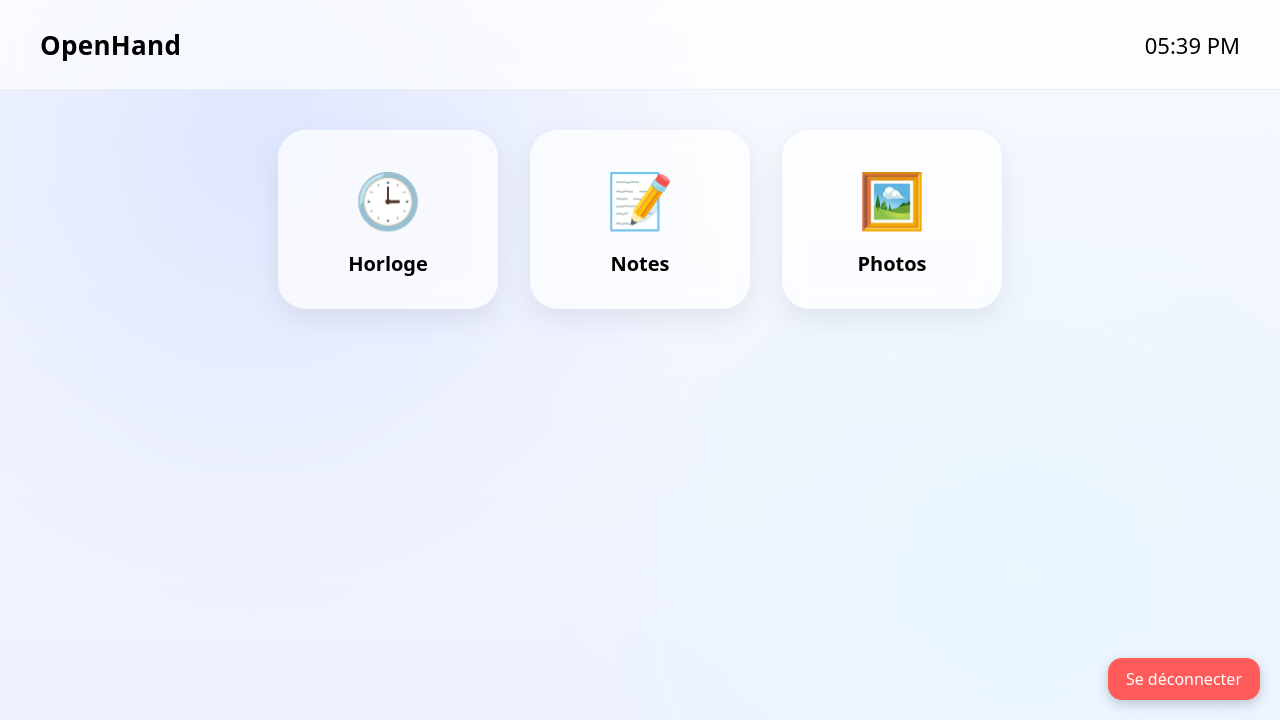
Repository: nlagardere/OpenHand
Page: index.html
These files come from the project's save history. The page is drawn as it stood at one moment and after a run of saves; the edit follows.
The browser window is 1280 px wide. The pictures show the whole page.

Above is the page before, as saved 2026-01-30 21:34:41.

### index.html
<!DOCTYPE html>
<html lang="fr">
<head>
<meta charset="UTF-8">
<title>OpenHand OS</title>
<link rel="stylesheet" href="style.css">
</head>

<body>

<div id="topbar">
  <div class="logo">OpenHand</div>
  <div id="clock"></div>
</div>

<div id="desktop"></div>

<div id="appWindow">
  <button id="backBtn" onclick="closeApp()">← Retour</button>
  <iframe id="appFrame"></iframe>
</div>

<!-- Place le bouton en haut à droite du launcher ou dans le header -->
<button id="shutdownbtn">Se déconnecter</button>

<script>
// Pour l'instant, juste une action web-safe
const logoutBtn = document.getElementById('shutdownbtn');
shutdownbtn.addEventListener('click', () => {
    alert("Ordinateur éteint ! ✅");
    // Ici tu peux revenir au launcher ou réinitialiser le DOM
    // Exemple : fermer toutes les apps ouvertes
    document.querySelectorAll('iframe').forEach(f => f.remove());
});
</script>

<style>
#shutdownbtn {
    position: fixed;
    bottom: 20px;
    right: 20px;
    padding: 10px 18px;
    font-size: 16px;
    border-radius: 14px;
    border: none;
    cursor: pointer;
    background-color: #ff5b5b;
    color: white;
    box-shadow: 0 4px 12px rgba(0,0,0,.2);
    transition: transform 0.15s ease;
}
#shutdownbtn:active {
    transform: scale(0.95);
}
</style>


<script src="main.js"></script>
</body>
</html>

### style.css
* {
  box-sizing:border-box;
  font-family: system-ui, -apple-system, sans-serif;
}

body {
  margin:0;
  height:100vh;
  background:
    radial-gradient(circle at 20% 20%, #dfe7ff, transparent 40%),
    radial-gradient(circle at 80% 80%, #e9f7ff, transparent 40%),
    linear-gradient(180deg,#f7f9ff,#eef2ff);
}

/* Top bar */

#topbar {
  height:90px;
  padding:0 40px;
  display:flex;
  align-items:center;
  justify-content:space-between;

  background:rgba(255,255,255,.65);
  backdrop-filter: blur(14px);
  border-bottom:1px solid rgba(0,0,0,.05);
}

.logo {
  font-size:26px;
  font-weight:700;
  letter-spacing:.3px;
}

#clock {
  font-size:22px;
  font-weight:500;
}

/* Desktop grid */

#desktop {
  padding:40px;
  display:grid;
  grid-template-columns:repeat(auto-fit, minmax(180px, 220px));
  gap:32px;
  justify-content:center;

  animation: desktopIn .6s ease;
}

@keyframes desktopIn {
  from {opacity:0; transform:translateY(30px);}
  to {opacity:1; transform:none;}
}

/* App cards */

.card {
  background:rgba(255,255,255,.7);
  backdrop-filter: blur(12px);
  border-radius:28px;

  padding:32px 20px;
  text-align:center;
  cursor:pointer;

  box-shadow:
    0 10px 30px rgba(0,0,0,.08),
    inset 0 1px 0 rgba(255,255,255,.6);

  transition:
    transform .25s cubic-bezier(.2,.8,.2,1),
    box-shadow .25s,
    background .25s;
}

.card:hover {
  transform:translateY(-10px) scale(1.05);
  box-shadow:0 20px 50px rgba(0,0,0,.12);
  background:rgba(255,255,255,.9);
}

.icon {
  font-size:54px;
  margin-bottom:14px;
}

.name {
  font-size:20px;
  font-weight:600;
}

/* App window plein écran */

#appWindow {
  position:fixed;
  inset:0;
  background:white;
  display:none;
  flex-direction:column;
  z-index:999;

  animation: appOpen .4s cubic-bezier(.2,.9,.2,1);
}

@keyframes appOpen {
  from {
    opacity:0;
    transform:scale(.96);
    filter:blur(8px);
  }
  to {
    opacity:1;
    transform:scale(1);
    filter:blur(0);
  }
}

#backBtn {
  margin:20px;
  padding:16px 28px;
  font-size:20px;
  border:none;
  border-radius:16px;
  background:#5b7cff;
  color:white;
  cursor:pointer;
}

#backBtn:active {
  transform:scale(.96);
}

iframe {
  flex:1;
  border:none;
}

### main.js
const apps = [
  { name:"Horloge", icon:"🕒", url:"apps/clock/clock.html" },
  { name:"Notes", icon:"📝", url:"apps/notes/notes.html" },
  { name:"Photos", icon:"🖼️", url:"apps/photos/photos.html" }
];

const desktop = document.getElementById("desktop");

apps.forEach(app => {
  const div = document.createElement("div");
  div.className = "card";

  div.innerHTML = `
    <div class="icon">${app.icon}</div>
    <div class="name">${app.name}</div>
  `;

  div.onclick = () => openApp(app.url);
  desktop.appendChild(div);
});

/* Horloge topbar */

function tick(){
  clock.textContent =
    new Date().toLocaleTimeString([], {hour:'2-digit',minute:'2-digit'});
}
setInterval(tick,1000);
tick();

/* App window */

function openApp(url){
  appFrame.src = url;
  appWindow.style.display = "flex";
}

function closeApp(){
  appWindow.style.display = "none";
}

After the next 3 saves:
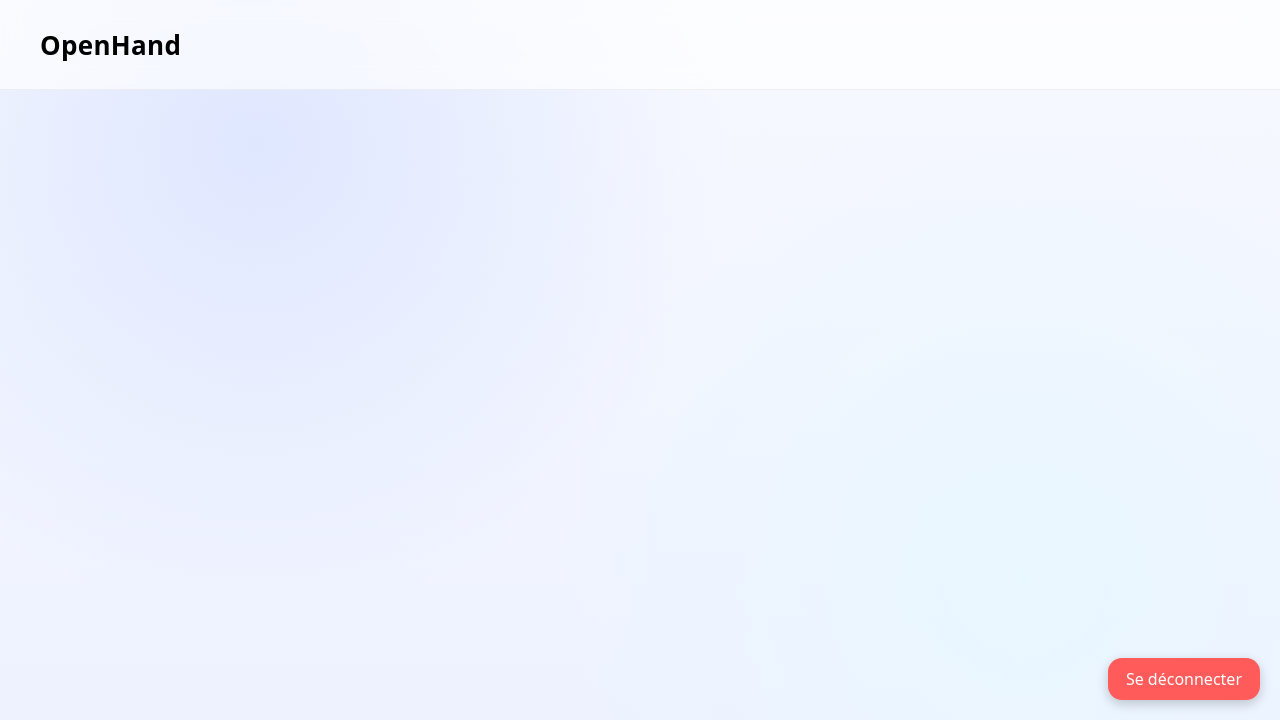
Console error: SyntaxError: Unexpected token '{'
The 3 saves are shown as one change because they came seconds apart.
The last was saved 9 s later.
--- a/main.js
+++ b/main.js
@@ -2,6 +2,7 @@
   { name:"Horloge", icon:"🕒", url:"apps/clock/clock.html" },
   { name:"Notes", icon:"📝", url:"apps/notes/notes.html" },
   { name:"Photos", icon:"🖼️", url:"apps/photos/photos.html" }
+  { name:"Calculatrice", icon:"🧮", url:"apps/calculator/calculator.html" }
 ];
 
 const desktop = document.getElementById("desktop");

After the 3 saves that followed:
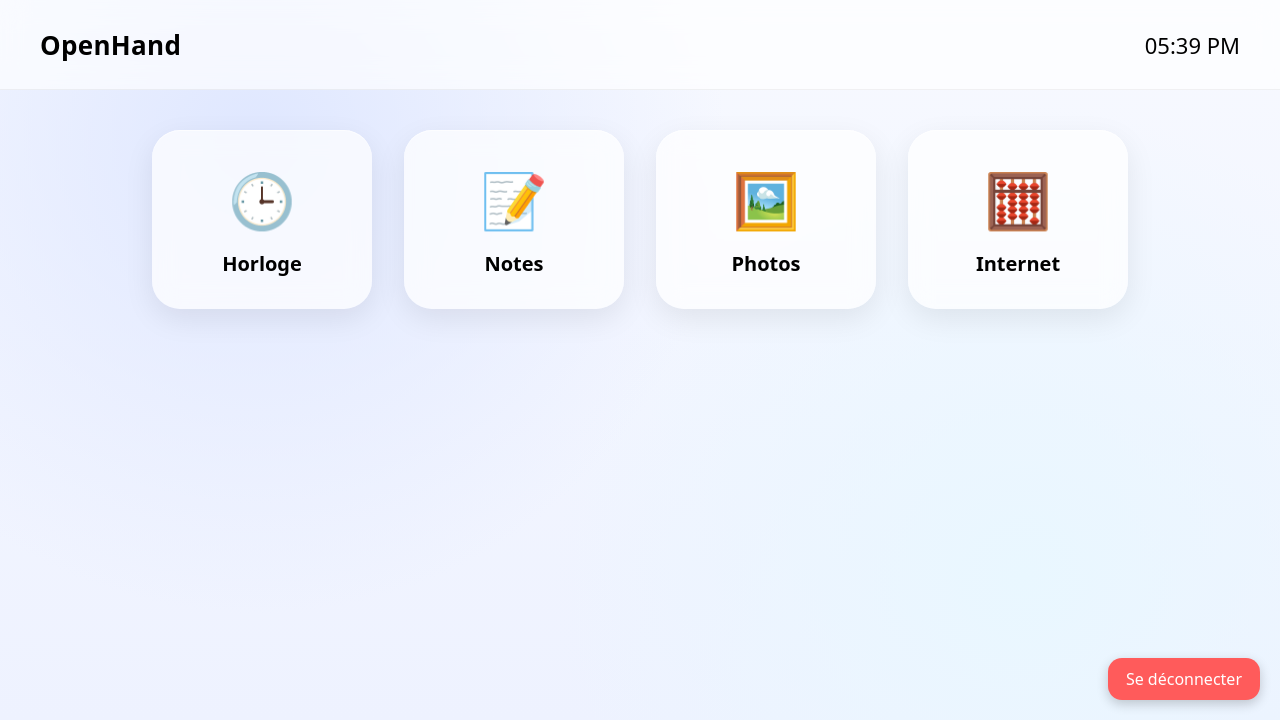
The error is gone.
The 3 saves are shown as one change because they came seconds apart.
The last was saved 14 s later.
--- a/main.js
+++ b/main.js
@@ -1,8 +1,8 @@
 const apps = [
   { name:"Horloge", icon:"🕒", url:"apps/clock/clock.html" },
   { name:"Notes", icon:"📝", url:"apps/notes/notes.html" },
-  { name:"Photos", icon:"🖼️", url:"apps/photos/photos.html" }
-  { name:"Calculatrice", icon:"🧮", url:"apps/calculator/calculator.html" }
+  { name:"Photos", icon:"🖼️", url:"apps/photos/photos.html" },
+  { name:"Internet", icon:"🧮", url:"apps/internet/internet.html" }
 ];
 
 const desktop = document.getElementById("desktop");
